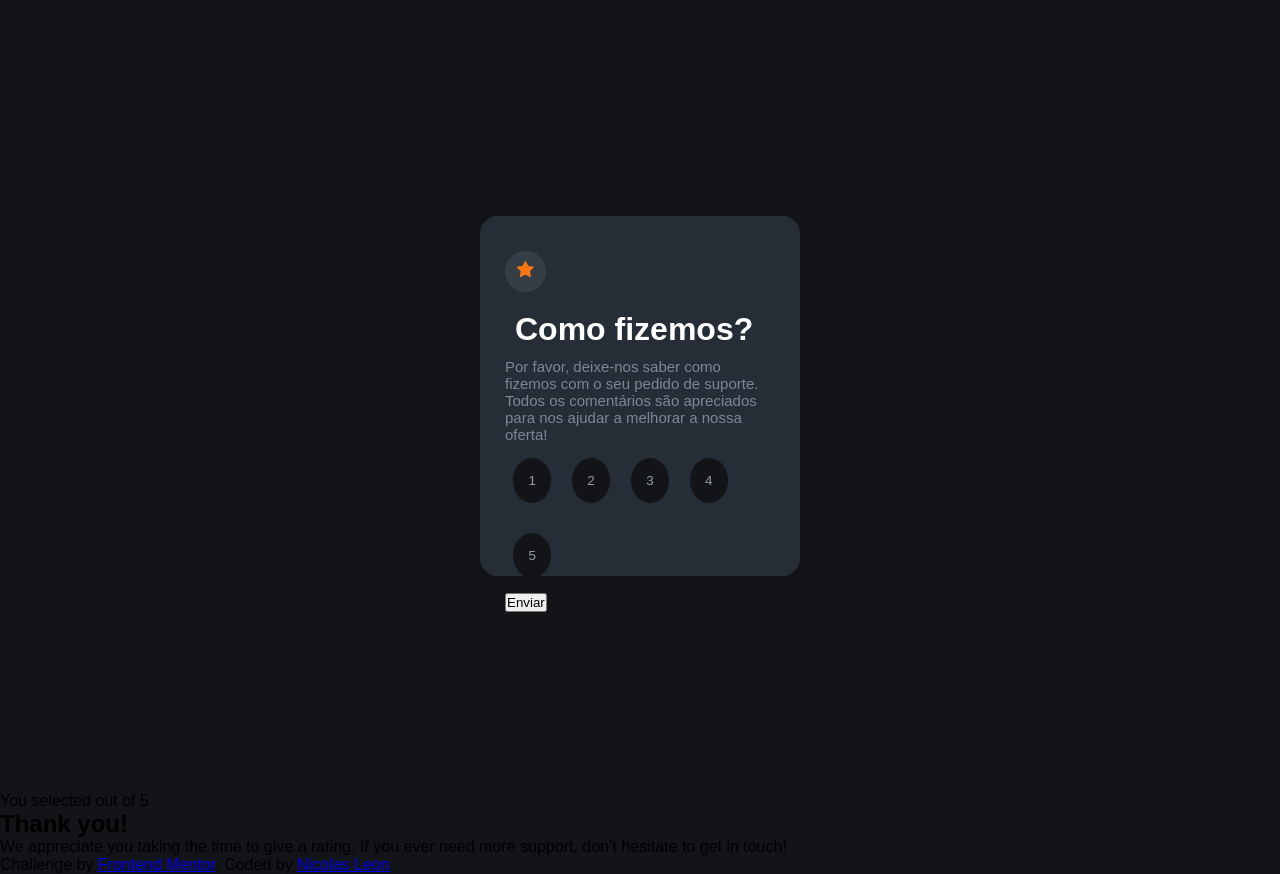
Repository: Leonngc/projeto-avaliacao
Page: index.html
These files come from the project's save history. The page is drawn as it stood at one moment and after the next save; the edit follows.
The browser window is 1280 px wide. The pictures show the whole page.
Some web fonts or font styles are not loaded; a fallback is used.

Above is the page before, as saved 2023-01-26 11:33:47.

### index.html
<!DOCTYPE html>
<html lang="en">
<head>
  <meta charset="UTF-8">
  <meta name="viewport" content="width=device-width, initial-scale=1.0"> <!-- displays site properly based on user's device -->

  <link rel="icon" type="image/png" sizes="32x32" href="./images/favicon-32x32.png">

  <title>Frontend Mentor | Interactive rating component</title>

  <link rel="stylesheet" href="styles/style.css">
</head>
<body>

  <!-- Rating state start -->
<form id="avaliation-form">

  <span id="icon-star">
    <img src="images/icon-star.svg" alt="">
  </span>

    <h1>Como fizemos?</h1>

    <p>
      Por favor, deixe-nos saber como fizemos com o seu pedido de suporte. Todos os comentários são apreciados
      para nos ajudar a melhorar a nossa oferta!
    </p>

    <div id="avaliation-btns">
      <input type="button" value="1" class="avaliation">
      <input type="button" value="2" class="avaliation">
      <input type="button" value="3"  class="avaliation">
      <input type="button" value="4"  class="avaliation">
      <input type="button" value="5"  class="avaliation">
    </div>

    <input type="submit" onclick="sent()" value="Enviar"></input>
</form>

  <!-- Rating state end -->

  <!-- Thank you state start -->

  <section id="result-avaliation">
    <p id="avaliacao-user">You selected <!-- Add rating here --> out of 5</p>
    <h1>Thank you!</h1>
    <p>
      We appreciate you taking the time to give a rating. If you ever need more support,
      don’t hesitate to get in touch!
    </p>
  </section>

  <!-- Thank you state end -->


  <div class="attribution">
    Challenge by <a href="https://www.frontendmentor.io?ref=challenge" target="_blank">Frontend Mentor</a>.
    Coded by <a href="#">Nicolas Leon</a>.
  </div>
</body>
</html>

### styles/style.css
@import url('https://fonts.googleapis.com/css2?family= Viaduto & display = swap');
:root{
    --very-dark-blue:hsl(216, 12%, 8%);
    --dark-blue:hsl(213, 19%, 18%);
    --medium-grey: hsl(216, 12%, 54%);
    --light-grey:hsl(217, 12%, 63%);
}

*{
    margin: 0;
    padding: 0;
    box-sizing: border-box;
}

body{
    background-color:var(--very-dark-blue);
    font-family: 'Overpass', sans-serif;
}
span{
    background-color: rgba(255, 255, 255, 0.074);
    padding: 12px;
    border-radius: 50%;
    text-align: center;
}

span > img{
    margin-top: 20px;
}

#avaliation-form{
    background-color:var(--dark-blue);
    width: 25vw;
    height: 50vh;
    padding: 25px;
    margin: 30vh auto;
    color: white;
    border-radius: 18px;
}

#avaliation-form > h1{
    padding: 10px;
    margin-top: 20px;
}

#avaliation-form > p{
    color:var(--medium-grey);
    font-size: 15px;
}

.avaliation{
    margin: 15px 8px;
    border-radius: 66%;
    padding: 15px;
    border: none;
    background-color: var(--very-dark-blue);
    color: var(--light-grey);
    width: 3vw;
}

After the next save:
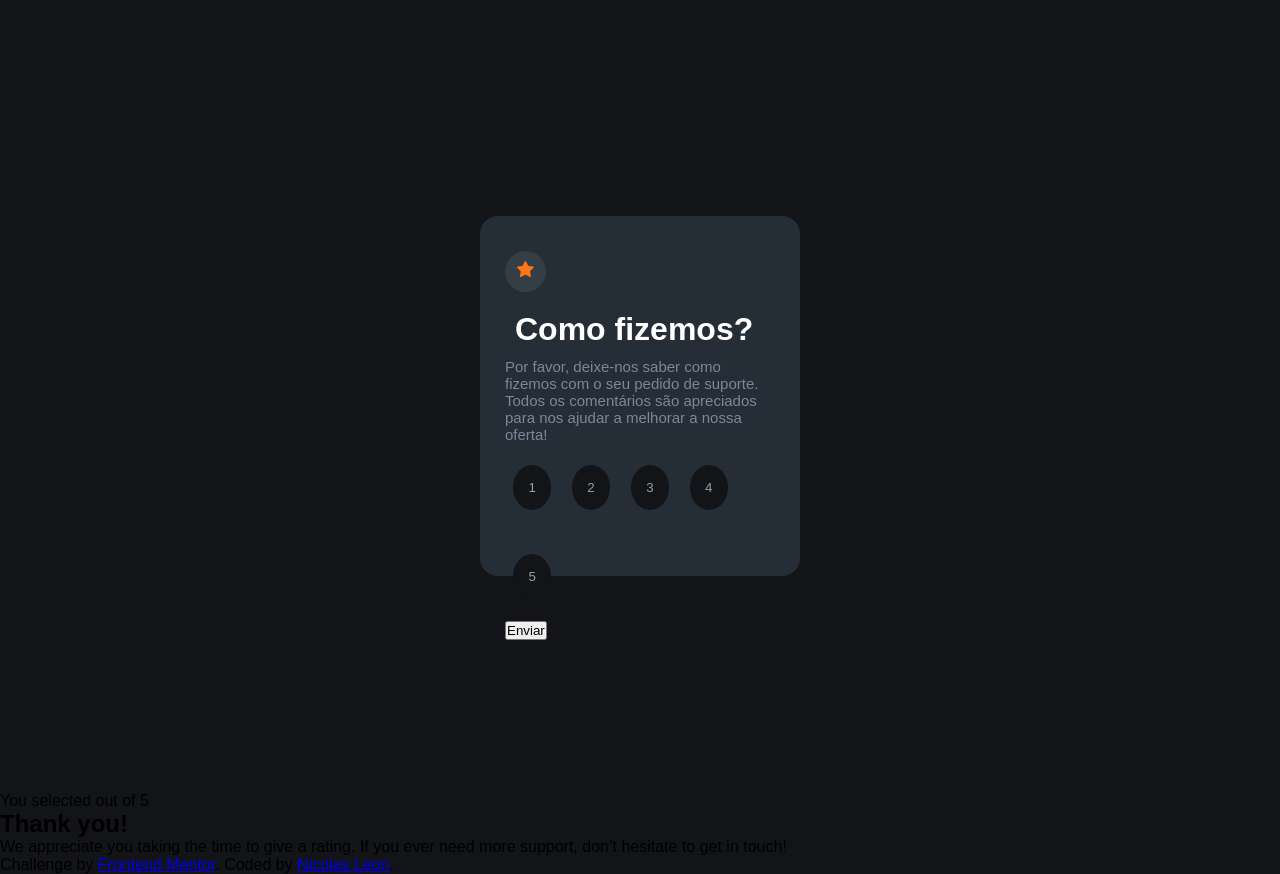
Saved 8 s later.
--- a/styles/style.css
+++ b/styles/style.css
@@ -48,7 +48,7 @@ span > img{
 }
 
 .avaliation{
-    margin: 15px 8px;
+    margin: 22px 8px;
     border-radius: 66%;
     padding: 15px;
     border: none;
